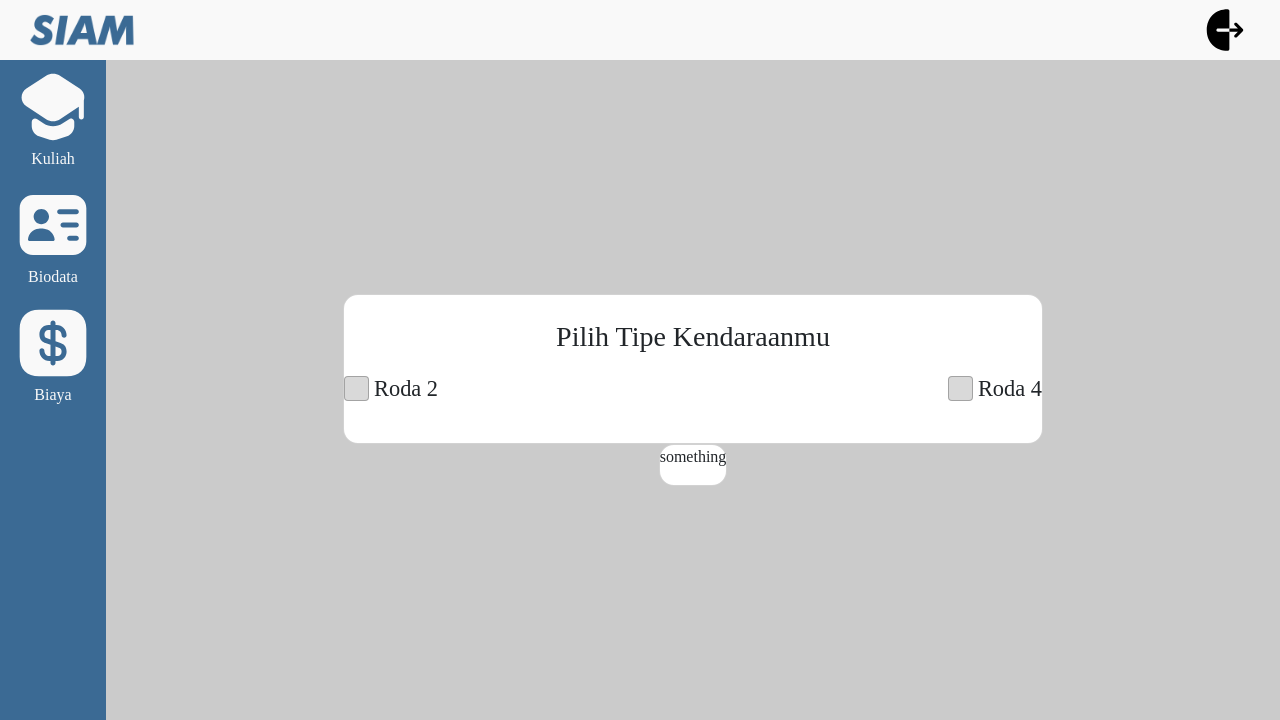
Repository: haikalirf/Project-IMK
Page: parkir.html
The author's editor kept a copy of each file at every save. The page is drawn from the files as they stood at one save, then again after the next save.
The browser window is 1280 px wide. The pictures show the whole page.
Some web fonts or font styles are not loaded; a fallback is used.

Above is the page before, as saved 2022-12-12 22:42:04.

### parkir.html
<!DOCTYPE html>
<html lang="en">
<head>
	<meta charset="UTF-8">
	<meta http-equiv="X-UA-Compatible" content="IE=edge">
	<meta name="viewport" content="width=device-width, initial-scale=1.0">
	<title>SIAM</title>
	<link rel="icon" href="/assets/logo_ub.ico">
	<link rel="stylesheet" href="https://cdn.jsdelivr.net/npm/bootstrap@5.2.3/dist/css/bootstrap.min.css" integrity="sha384-rbsA2VBKQhggwzxH7pPCaAqO46MgnOM80zW1RWuH61DGLwZJEdK2Kadq2F9CUG65" crossorigin="anonymous">
	<link rel="stylesheet" href="/styles/parkir.css">
</head>
<body>
	<nav class="navbar" id="navbar">
		<a class="navbar-brand" href="/kuliah.html">
			<img id="navbar-image" src="/assets/SIAM.png" alt="SIAM">
		</a>
		<a class="navbar-link" href="landing.html">
			<img id="navbar-image" src="/assets/Logout.svg" alt="Logout">
		</a>
	</nav>
	<div class="mh-100" id="sidebar">
		<a class="btn" href="">
			<img id="sidebar-kuliah" src="/assets/Kuliah Logo.svg" alt="Kuliah">
			<label for="sidebar-kuliah">Kuliah</label>
		</a>
		<a class="btn" href="">
			<img id="sidebar-biodata" src="/assets/Biodata Logo.svg" alt="Biodata">
			<label for="sidebar-biodata">Biodata</label>
		</a>
		<a class="btn" href="">
			<img id="sidebar-biaya" src="/assets/Biaya Logo.svg" alt="Biaya">
			<label for="sidebar-biaya">Biaya</label>
		</a>
	</div>
	<main>
		<div class="card" id="cardTop">
			<h3 class="card-judul">Pilih Tipe Kendaraanmu</h3>
			<div class="d-flex justify-content-between" id="formRoda">
				<div class="form-check d-flex">
					<input class="form-check-input check-roda" type="checkbox" value="" id="checkRodaDua">
					<label class="form-check-label label-roda" for="checkRodaDua">
						Roda 2
					</label>
				</div>
				<div class="form-check d-flex">
					<input class="form-check-input check-roda" type="checkbox" value="" id="checkRodaEmpat">
					<label class="form-check-label label-roda" for="checkRodaEmpat">
						Roda 4
					</label>
				</div>
			</div>
		</div>
		<div class="card">
			<p>something</p>
		</div>
	</main>
	<script src="https://cdn.jsdelivr.net/npm/bootstrap@5.2.3/dist/js/bootstrap.bundle.min.js" integrity="sha384-kenU1KFdBIe4zVF0s0G1M5b4hcpxyD9F7jL+jjXkk+Q2h455rYXK/7HAuoJl+0I4" crossorigin="anonymous"></script>
</body>
</html>

### styles/parkir.css
/* CSS Reset */
/*
	Josh's Custom CSS Reset
	https://www.joshwcomeau.com/css/custom-css-reset/
*/
*, *::before, *::after {
	box-sizing: border-box;
}
  * {
	margin: 0;
}
html, body {
	height: 100%;
}
body {
	line-height: 1.5;
	-webkit-font-smoothing: antialiased;
}
img, picture, video, canvas, svg {
	display: block;
	max-width: 100%;
}
input, button, textarea, select {
	font: inherit;
}
p, h1, h2, h3, h4, h5, h6 {
	overflow-wrap: break-word;
}
#root, #__next {
	isolation: isolate;
}
/* CSS Reset ends */

body {
	background-color: #cbcbcb;
	font-family: 'readex';
	font-size: 16px;
}

@font-face {
	font-family: 'readex';
	src:url('/assets/fonts/ReadexPro-Medium.ttf');
}

#navbar {
	display: flex;
	justify-content: space-between;
	position: fixed;
	background-color: #f9f9f9;
	z-index: 1;
	width: 100%;
	padding: 0px 30px;
}

#navbar-image {
	height: 50px;
}

main {
	padding-top: 60px;
	padding-left: 106px;
	display: flex;
	flex-direction: column;
	justify-content: center;
	align-items: center;
	height: 100vh;
}

#sidebar {
	background-color: #3b6a94;
	display: flex;
	flex-direction: column;
	flex: 1;
	position: fixed;
	height: 100vh;
	padding-top: 60px;
}

#sidebar img {
	width: 80px;
	height: 80px;
}

a img, a label {
	color: #f9f9f9;
}

.card {
	border-radius: 15px;
}

#cardTop {
	width: 700px;
	height: 150px;
	display: flex;
	justify-content: center;
}

.card-judul {
	align-self: center;
}

#formRoda {
	padding: 10px 0px;
	align-content: space-between;
}

.check-roda {
	width: 25px;
	height: 25px;
	background-color: #D9D9D9;
}

.label-roda {
	margin-left: 5px;
	font-size: 1.4em;
}

After the next save:
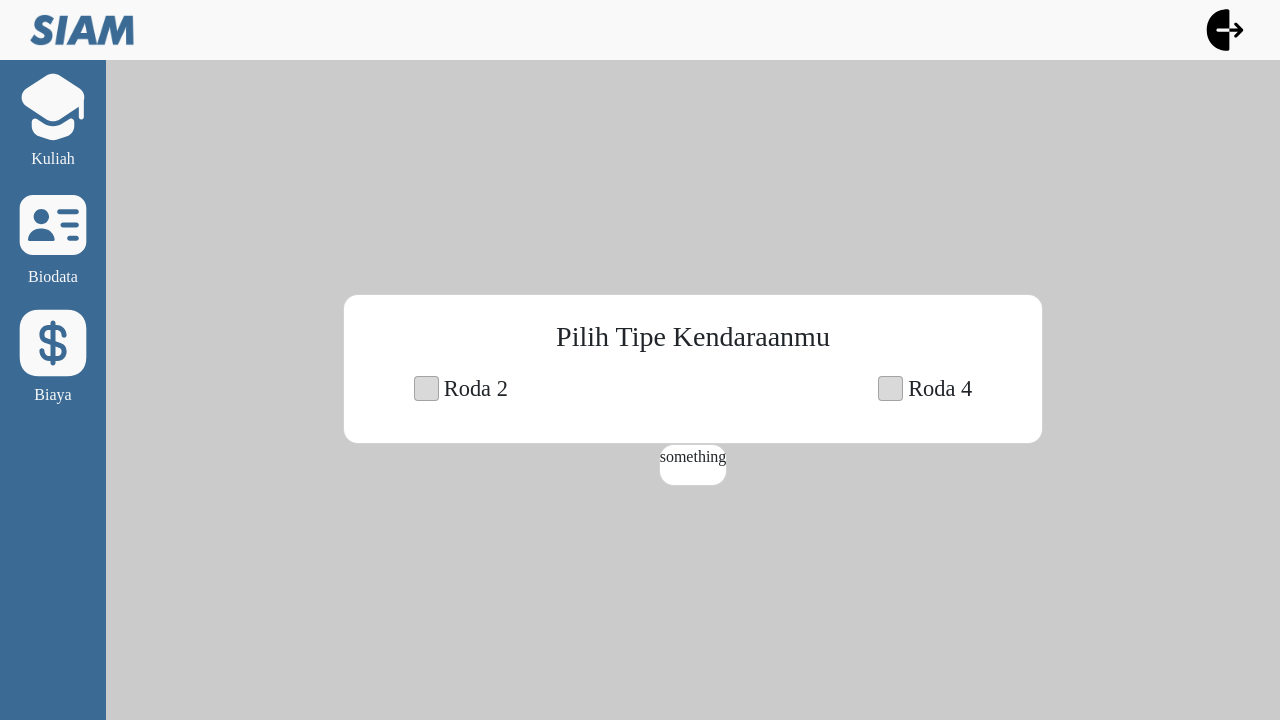
Saved 21 s later.
--- a/styles/parkir.css
+++ b/styles/parkir.css
@@ -101,8 +101,7 @@ a img, a label {
 }
 
 #formRoda {
-	padding: 10px 0px;
-	align-content: space-between;
+	padding: 10px 10%;
 }
 
 .check-roda {
